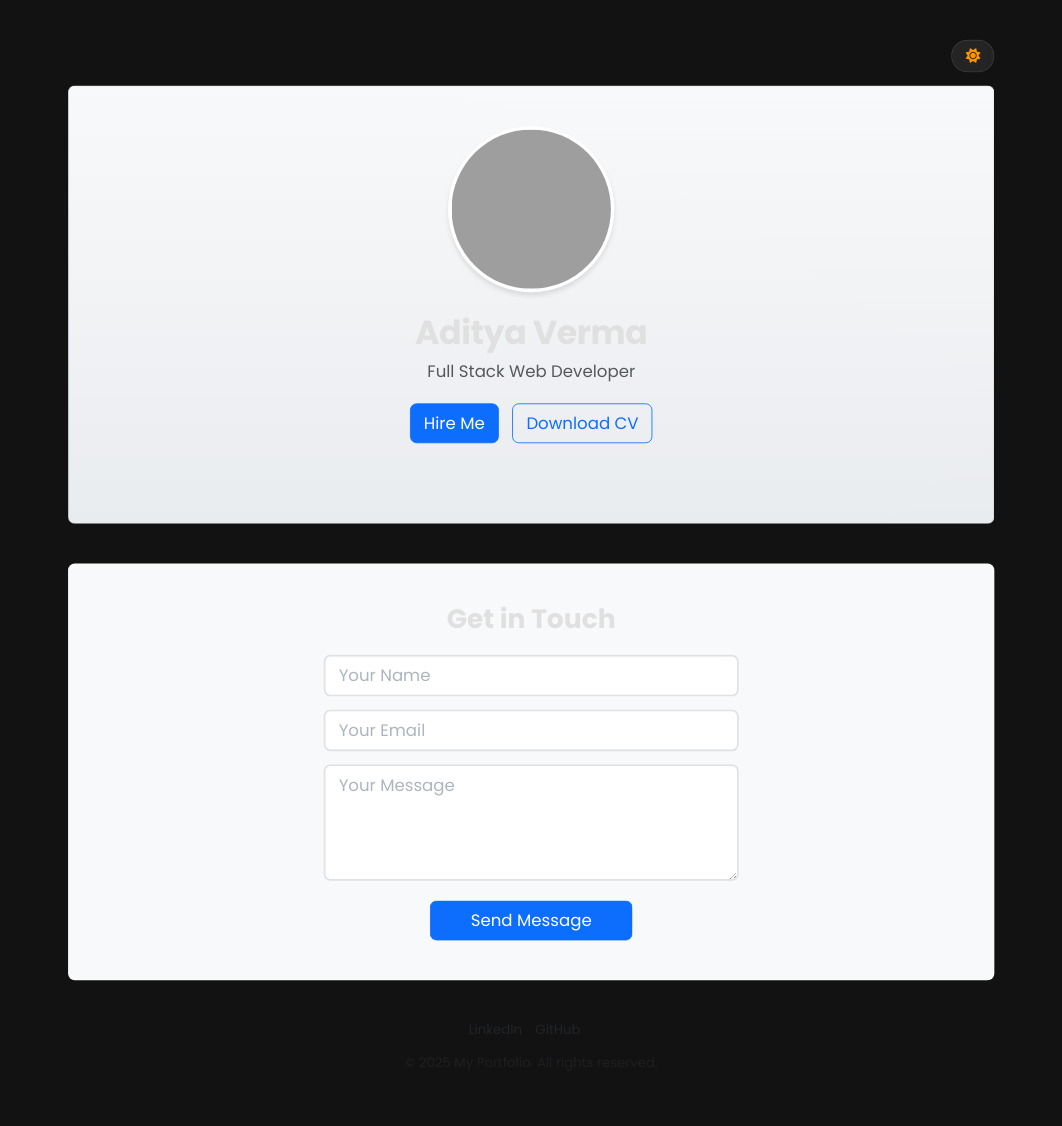
Repository: AdityaTech-Pro/FullStackWithBridgelabz
Page: Assignment10/Personal Portfolio Basics using Bootstrap Utilities/index.html
The author's editor kept a copy of each file at every save. The page is drawn from the files as they stood at one save, then again after the next save.
The browser window is 1280 px wide. The pictures show the whole page, at 83% of full size.
Pictures or frames that could not be fetched are drawn as grey boxes.

Above is the page before, as saved 2025-11-10 11:33:02.

After the next save:
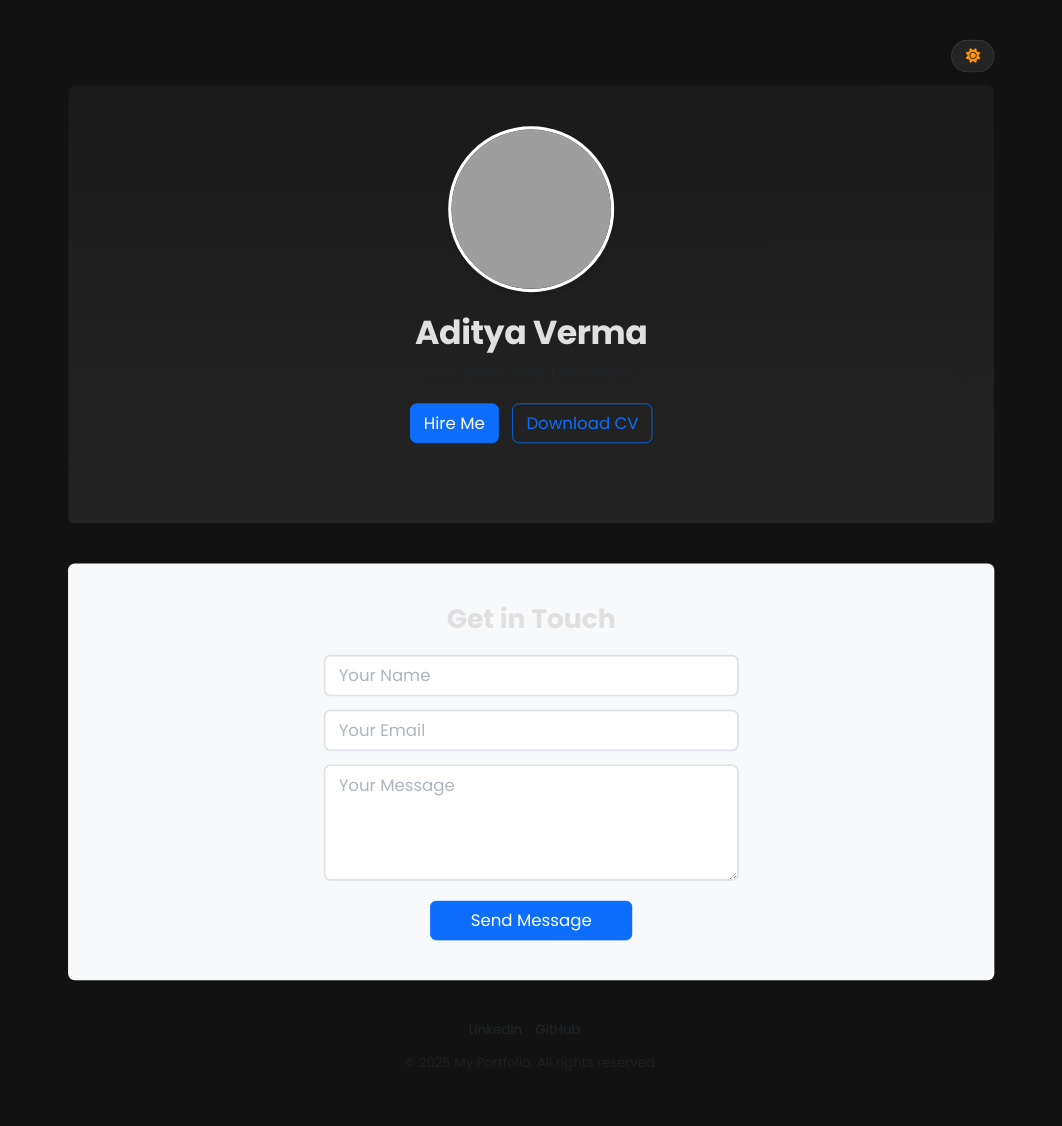
Saved 8 s later.
--- a/Assignment10/Personal Portfolio Basics using Bootstrap Utilities/index.html
+++ b/Assignment10/Personal Portfolio Basics using Bootstrap Utilities/index.html
@@ -30,7 +30,7 @@
         }
 
         .profile-section {
-            background: linear-gradient(to bottom, #f8f9fa, #e9ecef);
+            background: linear-gradient(to bottom, #1a1a1a, #242424);
             transition: transform 0.3s ease, background 0.3s ease;
         }
         /* Top bar with theme toggle */
